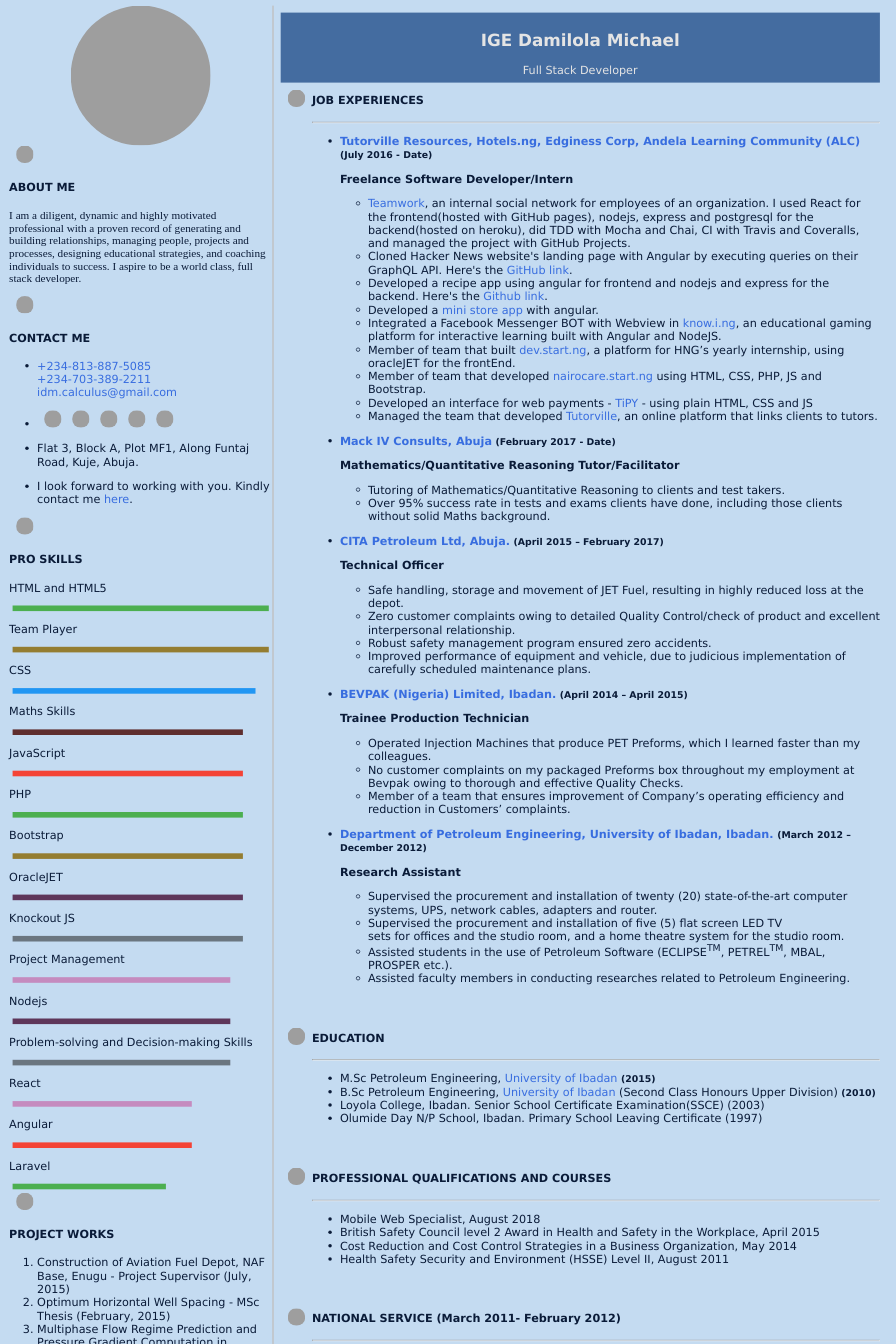
Repository: idmcalculus/DamilolaCV
Page: index.html
These files come from the project's save history. The page is drawn as it stood at one moment and after the next save; the edit follows.
The browser window is 1280 px wide. The pictures show the part of the page from y = 0 to 1920 px (the page is 2573 px tall), at 70% of full size.
Pictures or frames that could not be fetched are drawn as grey boxes.

Above is the page before, as saved 2019-11-29 03:15:08.

### index.html
<!DOCTYPE html>
<html lang="en">
  <head>
    <meta charset="UTF-8" />
    <meta name="viewport" content="width=device-width, initial-scale=1" />
    <meta http-equiv="X-UA-Compatible" content="ie=edge" />
    <meta name="keywords" content="Damilola Michael Ige's resume, resume of Ige Damilola Michael,
     Damilola Michael Ige, Damilola's resume, Ige's resume, Damilola Michael Ige's CV"/>
    <meta name="description" content="Damilola's resume or CV, is a document summarizing Damilola Ige's
    personal, professional and educational development in chronological order."/>
    <link href="data:[embedded picture, 1901 characters]" rel="icon" type="image/x-icon" />
    <link rel="stylesheet" href="style.css" />
    <title>Damilola's Resume</title>
  </head>

  <body>
    <div class="container">
      <div class="side">
        <div>
          <div class="profile-pix">
            <img
              src="https://res.cloudinary.com/idmcalculus/image/upload/v1566587963/IMG-20190804-WA0002_to0bl3.jpg"
              alt="Damilola's picture"
            />
          </div>
          <div class="about-me">
          <div class="profile">
            <img
              src="https://res.cloudinary.com/kayode/image/upload/v1566971345/235-2354657_pick-me-comments-me-icon-white-png_jkb7na.jpg"
              alt="icon"
            />
            <div class="profile-wordings">
              <h4>ABOUT ME</h4>
              <p id="about">
                I am a diligent, dynamic and highly motivated professional with a proven record of generating
                and building relationships, managing people, projects and processes, designing educational
                strategies, and coaching individuals to success. I aspire to be a world class, full stack developer.
              </p>
            </div>
          </div>
          </div>
        </div>
        <div>
          <div class="profile">
            <img
              src="https://res.cloudinary.com/idmcalculus/image/upload/v1567673501/1915638_ln0e1k.png"
              alt="icon"
            />
          </div>
          <div class="profile-wordings">
            <h4>CONTACT ME</h4>
            <ul>
              <li>
                <p>
                  <span><a href="tel:+2348138875085" target="_blank">+234-813-887-5085</a></span></br>
                  <span><a href="tel:+2347033892211" target="_blank">+234-703-389-2211</a></span></br>
                  <span><a href="mailto:idm.calculus@gmail.com" target="_blank">idm.calculus@gmail.com</a></span>
                </p>
              </li>
              <li>
                <p>
                  <span class="profile"><a href="https://www.linkedin.com/in/idmcalculus" target="_blank">
                      <img src="https://res.cloudinary.com/idmcalculus/image/upload/v1567078814/linkedin_nawncg.png"
                      alt="@idmcalculus"></a></span>
                  <span class="profile"><a href="http://github.com/idmcalculus" target="_blank">
                      <img src="https://res.cloudinary.com/idmcalculus/image/upload/v1567091706/github_myyj8k.png"
                      alt="@idmcalculus"> </a></span>
                  <span class="profile"><a href="http://facebook.com/idmcalculus" target="_blank">
                      <img src="https://res.cloudinary.com/idmcalculus/image/upload/v1567078814/facebook_o0mfuf.png"
                      alt="@idmcalculus"/></a>
                  </span>
                  <span class="profile"><a href="http://twitter.com/gmatngre_tutor" target="_blank">
                    <img src="https://res.cloudinary.com/idmcalculus/image/upload/v1567078815/twitter_najoia.png"
                      alt="@gmatngre_tutor"/></a>
                  </span>
                  <span class="profile"><a href="http://instagram.com/idmcalculus" target="_blank">
                    <img src="https://res.cloudinary.com/idmcalculus/image/upload/v1567078814/instagram_sg1ayt.png"
                      alt="@idmcalculus"/></a>
                  </span>
                </p>
              </li>
              <li>
                <p>Flat 3, Block A, Plot MF1, Along Funtaj Road, Kuje, Abuja.</p>
              </li>
              <li>
                <p>I look forward to working with you. Kindly contact me <a href="contactme.html" target="_blank">here</a>.</p>
              </li>
            </ul>
          </div>
        </div>
        <div>
          <div class="profile">
            <img
              src="https://res.cloudinary.com/idmcalculus/image/upload/v1567673758/1120311_pwpidf.png"
              alt="icon"
            />
          </div>
          <div class="profile-wordings">
            <h4>PRO SKILLS</h4>
            <p class="skillname">HTML and HTML5</p>
                    <div class="container">
                        <div class="skills html"></div>
                    </div>
                    <p class="skillname">Team Player</p>
                    <div class="container">
                        <div class="skills teamplay"></div>
                    </div>

                    <p class="skillname">CSS</p>
                    <div class="container">
                        <div class="skills css"></div>
                    </div>
                    <p class="skillname">Maths Skills</p>
                    <div class="container">
                      <div class="skills maths"></div>
                    </div>
                    <p class="skillname">JavaScript</p>
                    <div class="container">
                      <div class="skills js"></div>
                    </div>
                    <p class="skillname">PHP</p>
                    <div class="container">
                      <div class="skills php"></div>
                    </div>
                    <p class="skillname">Bootstrap</p>
                    <div class="container">
                      <div class="skills bs"></div>
                    </div>
                    <p class="skillname">OracleJET</p>
                    <div class="container">
                      <div class="skills ojet"></div>
                    </div>
                    <p class="skillname">Knockout JS</p>
                    <div class="container">
                      <div class="skills ko"></div>
                    </div>
                    <p class="skillname">Project Management</p>
                    <div class="container">
                      <div class="skills project"></div>
                    </div>
                    <p class="skillname">Nodejs</p>
                    <div class="container">
                      <div class="skills nodejs"></div>
                    </div>
                    <p class="skillname">Problem-solving and Decision-making Skills</p>
                    <div class="container">
                        <div class="skills psdm"></div>
                    </div>
                    <p class="skillname">React</p>
                    <div class="container">
                      <div class="skills react"></div>
                    </div>
                    <p class="skillname">Angular</p>
                    <div class="container">
                      <div class="skills angular"></div>
                    </div>
                    <p class="skillname">Laravel</p>
                    <div class="container">
                      <div class="skills lara"></div>
                    </div>
          </div>
        </div>
        <div>
          <div class="profile">
            <img
              src="https://res.cloudinary.com/idmcalculus/image/upload/v1567673951/business-and-finance_otltgi.png"
              alt="icon"
            />
          </div>
          <div class="profile-wordings">
            <h4>PROJECT WORKS</h4>
            <ol>
              <li>Construction of Aviation Fuel Depot, NAF Base, Enugu - Project Supervisor (July, 2015)</li>
              <li>Optimum Horizontal Well Spacing - MSc Thesis (February, 2015)</li>
              <li>Multiphase Flow Regime Prediction and Pressure Gradient Computation in Vertical Oil and Gas Wells, using FORTRAN - BSc Final Year Project (October, 2010)</li>
          </ol>
          </div>
        </div>
        <div>
          <div class="profile">
            <img
              src="https://res.cloudinary.com/idmcalculus/image/upload/v1567673758/1120311_pwpidf.png"
              alt="icon"
            />
          </div>
          <div class="profile-wordings">
            <h4>INTERESTS</h4>
            <ol>
              <li>Gadgets and Technology</li>
              <li>Social Media</li>
              <li>Mathematics and numbers</li>
              <li>Swimming</li>
              <li>Playing football, Scrabble, Sudoku and Chess</li>
              <li>Watching movies and documentaries</li>
              <li>Listening to music</li>
          </ol>
          </div>
        </div>
      </div>
      <div class="vertical-line"></div>
      <div class="main">
        <div class="main-section">
          <div class="name">
            <div>
              <h2>IGE Damilola Michael</h2>
              <p>Full Stack Developer</p>
            </div>
          </div>
          <div class="profile-pix-mobile">
            <img
              src="https://res.cloudinary.com/idmcalculus/image/upload/v1566587963/IMG-20190804-WA0002_to0bl3.jpg"
              alt="Damilola's picture"
            />
          </div>
          <div class="profile-wordings-mobile">
            <h4>ABOUT ME</h4>
            <p id="about">
              I am a diligent, dynamic and highly motivated professional with a proven record of generating
              and building relationships, managing people, projects and processes, designing educational
              strategies, and coaching individuals to success. I aspire to be a world class, full stack developer.
            </p>
          </div>
          <div>
            <div class="experience-img">
              <img
                src="https://res.cloudinary.com/idmcalculus/image/upload/v1567079491/portfolio_xrwlbz.png"
                alt=""
              />
            </div>
            <div class="experience">
              <h4>JOB EXPERIENCES</h4>
              <hr />
              <ul>
                <li>
                    <p>
                        <span class="prior" style="color: rgb(56, 109, 223);"><strong>Tutorville Resources, Hotels.ng, Edginess Corp, Andela Learning Community (ALC)</strong></span>
                        <span><small><b> (July 2016 - Date)</b> </small></span>
                      </p>
                      <p>
                        <b>Freelance Software Developer/Intern</b>
                        <ul>
                            <li><a href="https://idmcalculus.github.io/Teamwork-frontend/" target="_blank">Teamwork</a>, an internal social network for employees of an organization. I used React for the frontend(hosted with GitHub pages), nodejs, express and postgresql
                              for the backend(hosted on heroku), did TDD with Mocha and Chai, CI with Travis and Coveralls, and managed the project with GitHub Projects.</li>
                            <li>Cloned Hacker News website's landing page with Angular by executing queries on their GraphQL API. Here's the <a href="https://github.com/idmcalculus/Hacker-News" target="_blank">GitHub link</a>.</li>
                            <li>Developed a recipe app using angular for frontend and nodejs and express for the backend. Here's the <a href="https://github.com/idmcalculus/recipes" target="_blank">Github link</a>.</li>
                            <li>Developed a <a href="https://idmstore-2787.firebaseapp.com/" target="_blank">mini store app</a> with angular. </li>
                            <li>Integrated a Facebook Messenger BOT with Webview in <a href="https://know.i.ng/" target="_blank">know.i.ng</a>, an educational gaming platform for interactive learning built with Angular and NodeJS.</li>
                            <li>Member of team that built <a href="https://dev.start.ng/" target="_blank">dev.start.ng</a>, a platform for HNG’s yearly internship, using oracleJET for the frontEnd.</li>
                            <li>Member of team that developed <a href="https://nairocare.start.ng/" target="_blank">nairocare.start.ng</a> using HTML, CSS, PHP, JS and Bootstrap.</li>
                            <li>Developed an interface for web payments - <a href="https://github.com/idmcalculus/TiPY" target="_blank">TiPY</a> - using plain HTML, CSS and JS</li>
                            <li>Managed the team that developed <a href="https://tutorville.com.ng" target="_blank">Tutorville</a>, an online platform that links clients to tutors.</li>
                        </ul>
                      </p>
                    </p>
                </li>
                <li>
                  <p>
                    <span class="prior"><strong><a href="https://examplanet.com/" target="_blank">Mack IV Consults, Abuja</a></strong></span>
                    <span><small><b> (February 2017 - Date)</b> </small></span>
                  </p>
                  <p>
                    <b>Mathematics/Quantitative Reasoning Tutor/Facilitator</b>
                    <ul>
                        <li>Tutoring of Mathematics/Quantitative Reasoning to clients and test takers.</li>
                        <li>Over 95% success rate in tests and exams clients have done, including those clients without solid Maths background.</li>
                    </ul>
                  </p>
                </li>
                <li>
                  <p>
                    <span class="prior"><strong><a href="http://citapetroleum.com/" target="_blank">CITA Petroleum Ltd, Abuja.</a></strong></span>
                    <b><small> (April 2015 – February 2017)</small></b>
                  </p>
                  <p>
                    <b>Technical Officer</b>
                    <ul>
                        <li>Safe handling, storage and movement of JET Fuel, resulting in highly reduced loss at the depot.</li>
                        <li>Zero customer complaints owing to detailed Quality Control/check of product and excellent interpersonal relationship.</li>
                        <li>Robust safety management program ensured zero accidents.</li>
                        <li>Improved performance of equipment and vehicle, due to judicious implementation of carefully scheduled maintenance plans.</li>
                    </ul>
                  </p>
                </li>
                <li>
                    <span class="prior"><strong><a href="http://www.bevpaknigeria.com/en/index.html" target="_blank">BEVPAK (Nigeria) Limited, Ibadan.</a></span></strong>
                    <b> <small> (April 2014 – April 2015)</small></b>
                  <p>
                    <b> Trainee Production Technician</b>
                    <ul>
                        <li>Operated Injection Machines that produce PET Preforms, which I learned faster than my colleagues.</li>
                        <li>No customer complaints on my packaged Preforms box throughout my employment at Bevpak owing to thorough and effective Quality Checks.</li>
                        <li>Member of a team that ensures improvement of Company’s operating efficiency and reduction in Customers’ complaints.</li>
                    </ul>
                  </p>
                </li>
                <li>
                    <span class="prior"><strong><a href="http://tech.ui.edu.ng/welcomepet" target="_blank">Department of Petroleum Engineering, University of Ibadan, Ibadan.</a></span></strong>
                    <b> <small> (March 2012 – December 2012)</small></b>
                  <p>
                    <b> Research Assistant</b>
                    <ul>
                        <li>Supervised the procurement and installation of twenty (20) state-of-the-art computer systems, UPS, network cables, adapters and router.</li>
                        <li>Supervised the procurement and installation of five (5) flat screen LED TV </br>
                            sets for offices and the studio room, and a home theatre system for the studio room.</li>
                        <li>Assisted students in the use of Petroleum Software (ECLIPSE<sup>TM</sup>, PETREL<sup>TM</sup>, MBAL, PROSPER etc.).</li>
                        <li>Assisted faculty members in conducting researches related to Petroleum Engineering.</li>
                    </ul>
                  </p>
                </li>
              </ul>
            </div>
          </div>
          <div>
            <div class="experience-img">
              <img
                src="https://res.cloudinary.com/idmcalculus/image/upload/v1567079258/university_ori3oo.png"
                alt="icon"
              />
            </div>
            <div class="experience">
              <h4>EDUCATION</h4>
              <hr />
              <ul>
                <p>
                    <li>M.Sc Petroleum Engineering, <a href="http://www.ui.edu.ng/" target="_blank">University of Ibadan</a> <small><b>(2015)</b></small></li>
                    <li>B.Sc Petroleum Engineering, <a href="http://www.ui.edu.ng/" target="_blank">University of Ibadan</a>
                        (Second Class Honours Upper Division) <small><b>(2010)</b></small></li>
                    <li>Loyola College, Ibadan. Senior School Certificate Examination(SSCE) (2003)</li>
                    <li>Olumide Day N/P School, Ibadan. Primary School Leaving Certificate (1997)</li>
                </p>
              </ul>
            </div>
          </div>
          <div>
            <div class="experience-img">
              <img
                src="https://res.cloudinary.com/idmcalculus/image/upload/v1567079258/university_ori3oo.png"
                alt="icon"
              />
            </div>
            <div class="experience">
              <h4>PROFESSIONAL QUALIFICATIONS AND COURSES</h4>
              <hr />
              <ul>
                  <li>Mobile Web Specialist, August 2018</li>
                  <li>British Safety Council level 2 Award in Health and Safety in the Workplace, April 2015</li>
                  <li>Cost Reduction and Cost Control Strategies in a Business Organization, May 2014</li>
                  <li>Health Safety Security and Environment (HSSE) Level II, August 2011</li>
              </ul>
            </div>
            <div class="experience-img">
                <img
                  src="https://res.cloudinary.com/idmcalculus/image/upload/v1567078815/police_axsdag.png"
                  alt="icon"
                />
            </div>
            <div class="experience">
                <h4>NATIONAL SERVICE (March 2011- February 2012)</h4>
                <hr />
                <p><strong>State of Deployment: </strong> Delta</p>
                <p><strong>Place of Primary Assignment: </strong> Ika Grammar School, BojiBoji, Owa. Agbor.</p>
                <p><strong>Community Development Service: </strong> NYSC Road Safety Club of the Federal Road Safety Corps (FRSC)</p>
            </div>
            <div class="experience-img">
                <img
                  src="https://res.cloudinary.com/idmcalculus/image/upload/v1567079139/trophy_a7erex.png"
                  alt="icon"
                />
            </div>
            <div class="experience">
                <h4>SOCIETIES, ACHIEVEMENTS/AWARDS</h4>
                <hr />
                <ol>
                    <li>2019 Facebook - Andela - Open Classrooms Scholar.</li>
                    <li>2019 Google - Andela - Pluralsight Scholar.</li>
                    <li>2018 Google - Andela - Udacity Scholar.</li>
                    <li>2017 Tony Elumelu Foundation Fellow.</li>
                    <li>Graduate Member, Nigerian Society of Engineers (NSE).</li>
                    <li>Member, Society of Petroleum Engineers (SPE).</li>
                    <li>Member, All Nigeria United Nations Students and Youths Association(ANUNSA).</li>
                    <li>Labour Prefect, Loyola College, Ibadan (2002/2003 session).</li>
                    <li>Quiz Coordinator, Junior Engineers Technicians and Scientists’ (JETS)
                        Club, Loyola College, Ibadan (2002/2003 session).</li>
                    <li>One (1) of four (4) pupils that represented Oyo State at the National JETS
                        Competition held in Umuahia, Abia State in December, 2002 where I came
                        fourth(4th) overall in Agricultural Science and sixth(6th) overall in Chemistry.</li>
                    <li>1st Prize Winner, Oyo State Mathematical Olympiad conducted by the
                        Mathematical Association of Nigeria (MAN) in February, 2002.</li>
                    <li>Award of Merit, National Competitive Examination in Mathematics conducted by the
                        National Mathematical Centre in June, 1997.</li>
                </ol>
            </div>
          </div>
        </div>
      </div>
    </div>
    <div class="flaticon">Icons made by <a href="https://www.flaticon.com/authors/freepik" title="Freepik">Freepik</a> from <a href="https://www.flaticon.com/"         title="Flaticon">www.flaticon.com</a></div>
  </body>
</html>

Loaded but not shown: style.css (242 lines, source omitted)

After the next save:
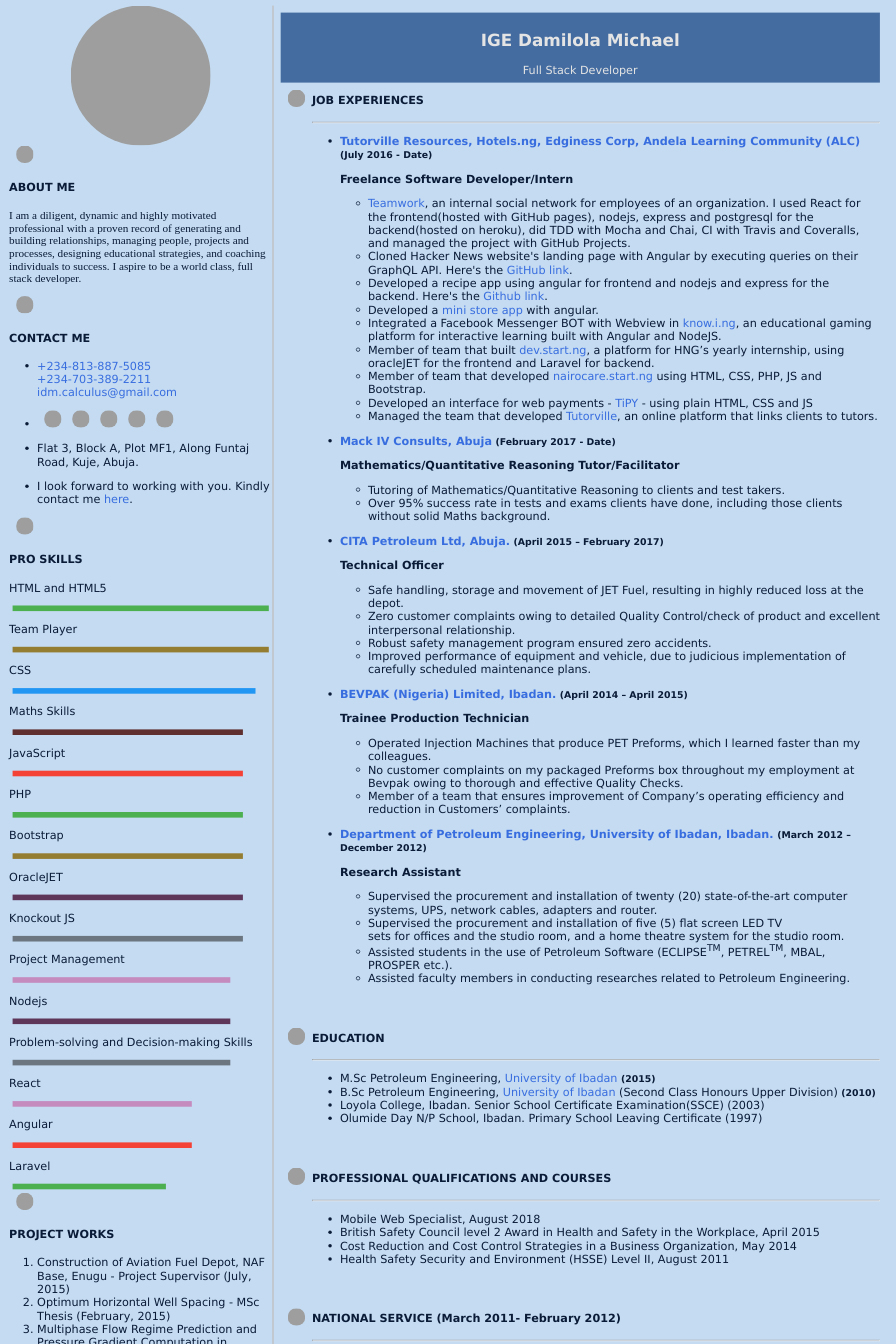
Saved 22 s later.
--- a/index.html
+++ b/index.html
@@ -245,7 +245,7 @@
                             <li>Developed a recipe app using angular for frontend and nodejs and express for the backend. Here's the <a href="https://github.com/idmcalculus/recipes" target="_blank">Github link</a>.</li>
                             <li>Developed a <a href="https://idmstore-2787.firebaseapp.com/" target="_blank">mini store app</a> with angular. </li>
                             <li>Integrated a Facebook Messenger BOT with Webview in <a href="https://know.i.ng/" target="_blank">know.i.ng</a>, an educational gaming platform for interactive learning built with Angular and NodeJS.</li>
-                            <li>Member of team that built <a href="https://dev.start.ng/" target="_blank">dev.start.ng</a>, a platform for HNG’s yearly internship, using oracleJET for the frontEnd.</li>
+                            <li>Member of team that built <a href="https://dev.start.ng/" target="_blank">dev.start.ng</a>, a platform for HNG’s yearly internship, using oracleJET for the frontend and Laravel for backend.</li>
                             <li>Member of team that developed <a href="https://nairocare.start.ng/" target="_blank">nairocare.start.ng</a> using HTML, CSS, PHP, JS and Bootstrap.</li>
                             <li>Developed an interface for web payments - <a href="https://github.com/idmcalculus/TiPY" target="_blank">TiPY</a> - using plain HTML, CSS and JS</li>
                             <li>Managed the team that developed <a href="https://tutorville.com.ng" target="_blank">Tutorville</a>, an online platform that links clients to tutors.</li>
@@ -371,7 +371,7 @@
                 <h4>SOCIETIES, ACHIEVEMENTS/AWARDS</h4>
                 <hr />
                 <ol>
-                    <li>2019 Facebook - Andela - Open Classrooms Scholar.</li>
+                    <li><a href="OCcerts.html" target="_blank">2019 Facebook - Andela - Open Classrooms Scholar</a>.</li>
                     <li>2019 Google - Andela - Pluralsight Scholar.</li>
                     <li>2018 Google - Andela - Udacity Scholar.</li>
                     <li>2017 Tony Elumelu Foundation Fellow.</li>
